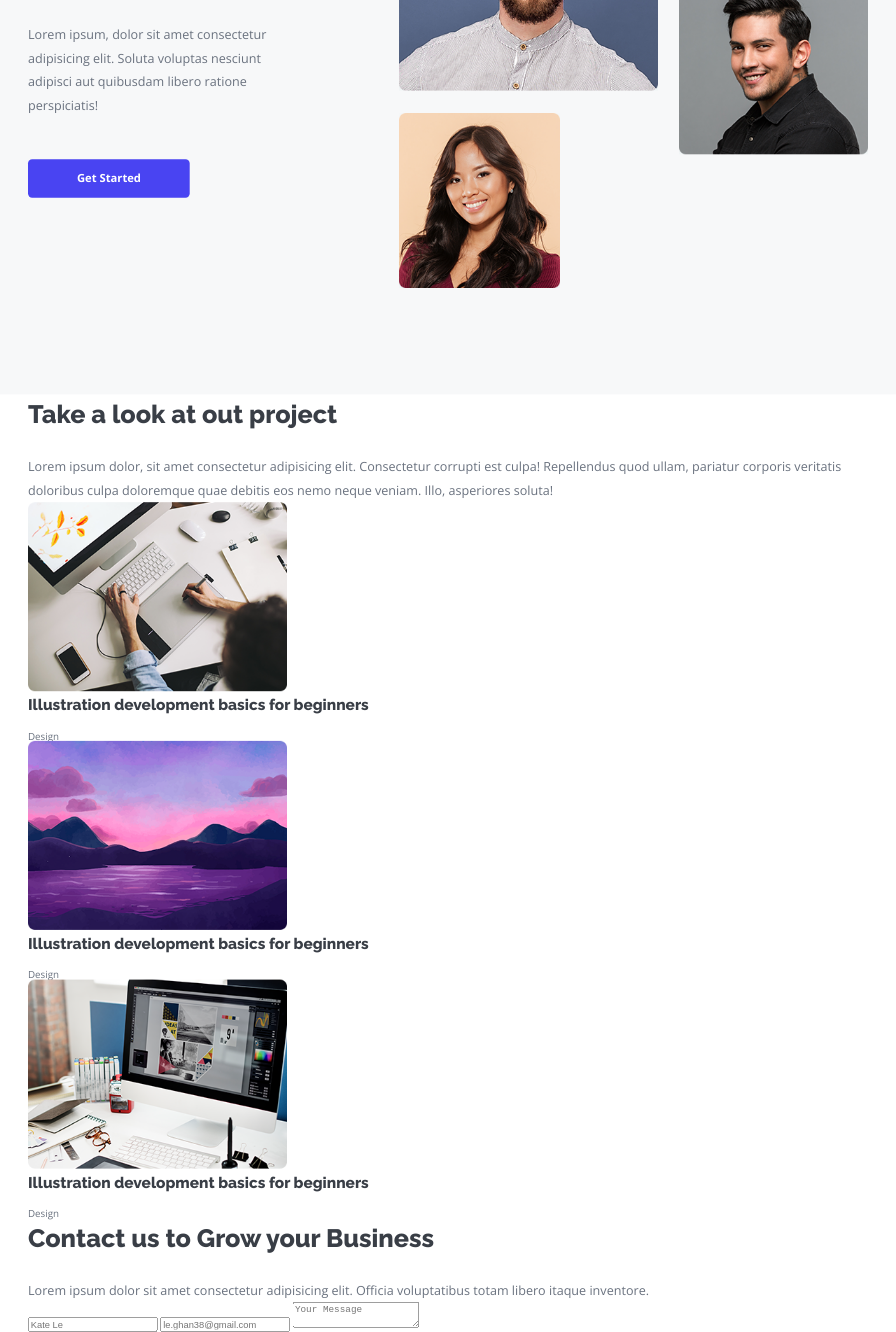
Repository: kate30980/LP-practiceoctavian
Page: index.html
These files come from the project's save history. The page is drawn as it stood at one moment and after the next save; the edit follows.
The browser window is 1280 px wide. The pictures show the part of the page from y = 4468 to 6388 px (the page is 6371 px tall before and 6388 px after), at 70% of full size.
The style sheet was rebuilt from its Sass, Less or Tailwind sources for each picture, by a compiler version that may differ from the author's.

Above is the page before, as saved 2021-08-25 17:14:32.

After the next save:
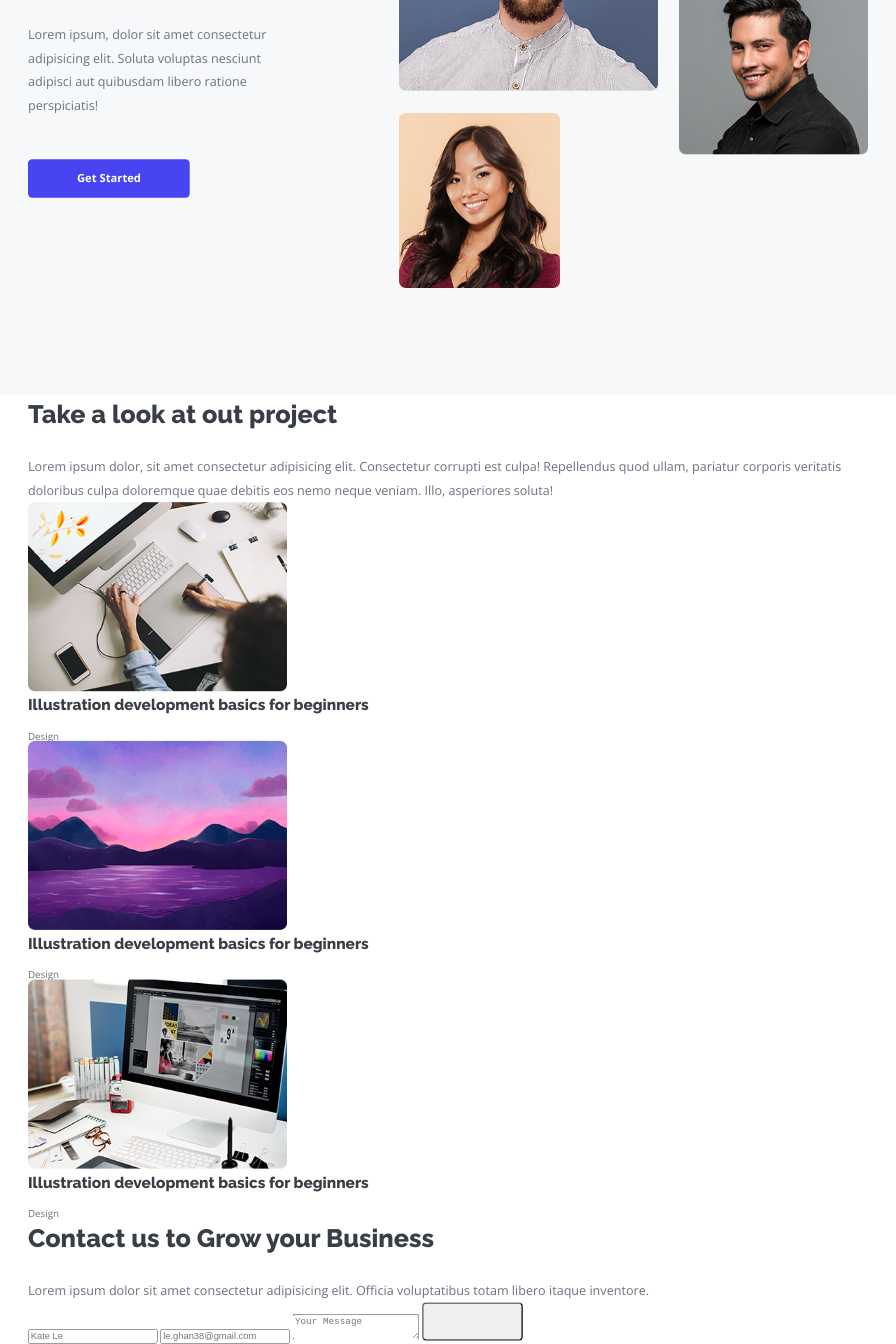
Saved 74 s later.
--- a/index.html
+++ b/index.html
@@ -226,6 +226,7 @@
                     <input type="text" class="contact-input" placeholder="Kate Le">
                     <input type="email" class="contact-input" placeholder="le.ghan38@gmail.com">
                     <textarea class="contact-area" placeholder="Your Message"></textarea>
+                    <button type="submit" class="btn btn--secondary"></button>
                 </form>
             </div>
         </section>
